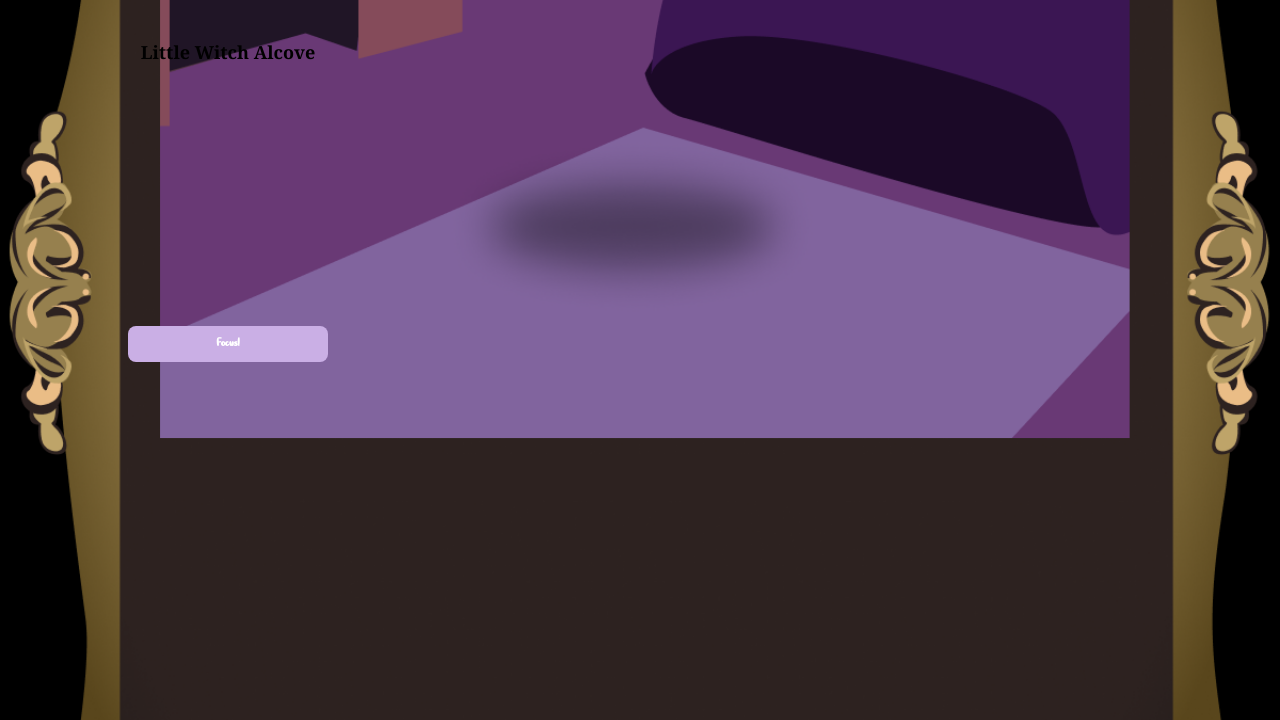
Repository: zhangolivia7/Little-Witch-Alcove
Page: popup.html
The author's editor kept a copy of each file at every save. The page is drawn from the files as they stood at one save, then again after the next save.
The browser window is 1280 px wide. The pictures show the whole page.

Above is the page before, as saved 2025-11-15 16:02:39.

### popup.html
<!DOCTYPE html>
<html>
  <head>
    <title>Little Witch Alcove</title>
    <link rel="stylesheet" href="popup.css">
  </head>
  <body>
    <h1>Little Witch Alcove</h1>
    <button id="focus-btn">Focus!</button>

    <script src="popup.js"></script>
  </body>
</html>

### popup.css
@font-face {
    font-family: 'QuiteMagical';
    src: url('Assets/Font/QuiteMagicalRegular.ttf');
}

body {
    width: 400px;
    height: 500px;
    background-image: url('Assets/No UI.png');
    background-repeat: no-repeat;
    background-position: center center;
    background-size: cover;
    background-color: black;
    padding: 20px;
    font-family: "Georgia", serif;
  }

  h1 {
    font-size: 18px;
    text-align: center;
  }

  #focus-btn {
    font-family: 'QuiteMagical';
    width: 50%;
    margin-left: 25%;
    margin-top: 250px;
    padding: 12px;
    border-radius: 8px;
    background: #CAAFE5;
    color: white;
    font-weight: bold;
    border: none;
    cursor: pointer;
  }

### popup.js
document.getElementById("focus-btn").addEventListener("click", () => {
    alert("Hex of Concentration activated! 🔮");
  });

After the next save:
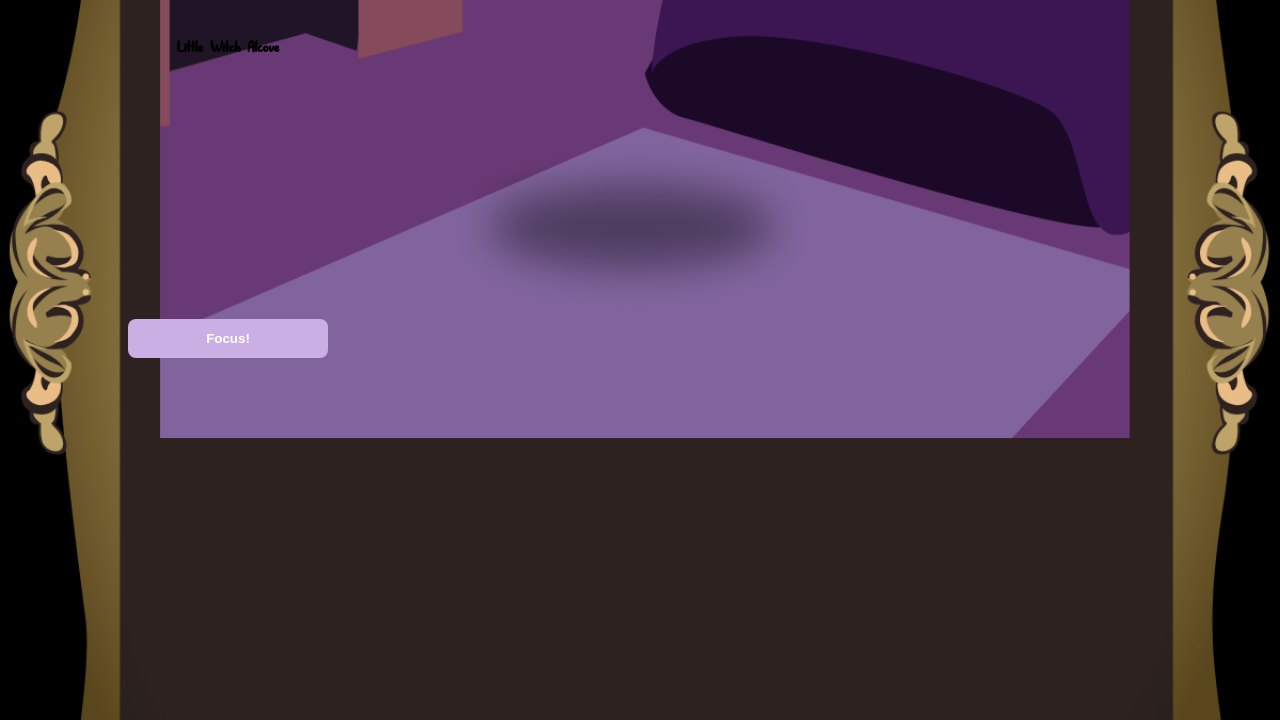
Saved 16 s later.
--- a/popup.css
+++ b/popup.css
@@ -12,7 +12,7 @@ body {
     background-size: cover;
     background-color: black;
     padding: 20px;
-    font-family: "Georgia", serif;
+    font-family: 'QuiteMagical';
   }
 
   h1 {
@@ -21,7 +21,6 @@ body {
   }
 
   #focus-btn {
-    font-family: 'QuiteMagical';
     width: 50%;
     margin-left: 25%;
     margin-top: 250px;
